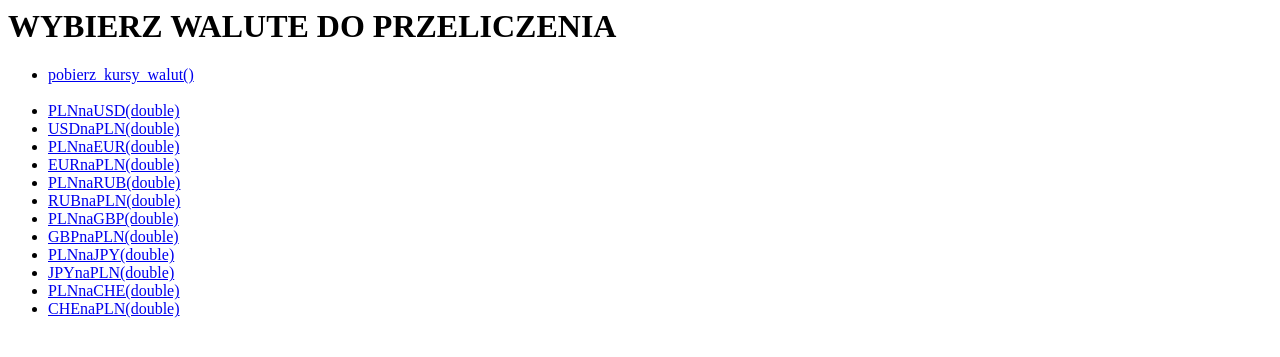
Repository: kuska-marcin/SRIR
Page: http://localhost/KantorWSClient/sampleKantorPrzeliczProxy/Method.jsp
The author's editor kept a copy of each file at every save. The page is drawn from the files as they stood at one save, then again after the next save.
The browser window is 1280 px wide. The pictures show the whole page.
The page is served by Tomcat 9. Other server files are loaded and not shown.

Above is the page before, as saved 2016-01-13 22:25:35.

### KantorWSClient/WebContent/sampleKantorPrzeliczProxy/Method.jsp
<%@page contentType="text/html;charset=UTF-8"%><HTML>
<HEAD>
<TITLE>WALUTY</TITLE>
</HEAD>
<BODY>
<H1>WYBIERZ WALUTE DO PRZELICZENIA</H1>
<UL>
<LI><A HREF="Input.jsp?method=18" TARGET="inputs"> pobierz_kursy_walut()</A></LI>
<BR>
<LI><A HREF="Input.jsp?method=26" TARGET="inputs"> PLNnaUSD(double)</A></LI>
<LI><A HREF="Input.jsp?method=13" TARGET="inputs"> USDnaPLN(double)</A></LI>

<LI><A HREF="Input.jsp?method=31" TARGET="inputs"> PLNnaEUR(double)</A></LI>
<LI><A HREF="Input.jsp?method=21" TARGET="inputs"> EURnaPLN(double)</A></LI>

<LI><A HREF="Input.jsp?method=51" TARGET="inputs"> PLNnaRUB(double)</A></LI>
<LI><A HREF="Input.jsp?method=46" TARGET="inputs"> RUBnaPLN(double)</A></LI>

<LI><A HREF="Input.jsp?method=41" TARGET="inputs"> PLNnaGBP(double)</A></LI>
<LI><A HREF="Input.jsp?method=71" TARGET="inputs"> GBPnaPLN(double)</A></LI>

<LI><A HREF="Input.jsp?method=61" TARGET="inputs"> PLNnaJPY(double)</A></LI>
<LI><A HREF="Input.jsp?method=36" TARGET="inputs"> JPYnaPLN(double)</A></LI>

<LI><A HREF="Input.jsp?method=56" TARGET="inputs"> PLNnaCHE(double)</A></LI>
<LI><A HREF="Input.jsp?method=66" TARGET="inputs"> CHEnaPLN(double)</A></LI>

</UL>
</BODY>
</HTML>

After the next save:
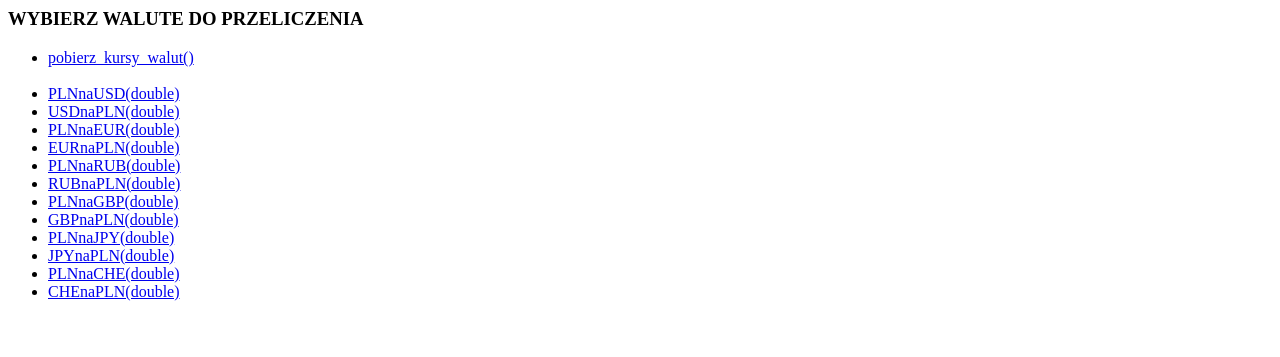
Saved 14 s later.
--- a/KantorWSClient/WebContent/sampleKantorPrzeliczProxy/Method.jsp
+++ b/KantorWSClient/WebContent/sampleKantorPrzeliczProxy/Method.jsp
@@ -3,7 +3,7 @@
 <TITLE>WALUTY</TITLE>
 </HEAD>
 <BODY>
-<H1>WYBIERZ WALUTE DO PRZELICZENIA</H1>
+<H3>WYBIERZ WALUTE DO PRZELICZENIA</H3>
 <UL>
 <LI><A HREF="Input.jsp?method=18" TARGET="inputs"> pobierz_kursy_walut()</A></LI>
 <BR>
